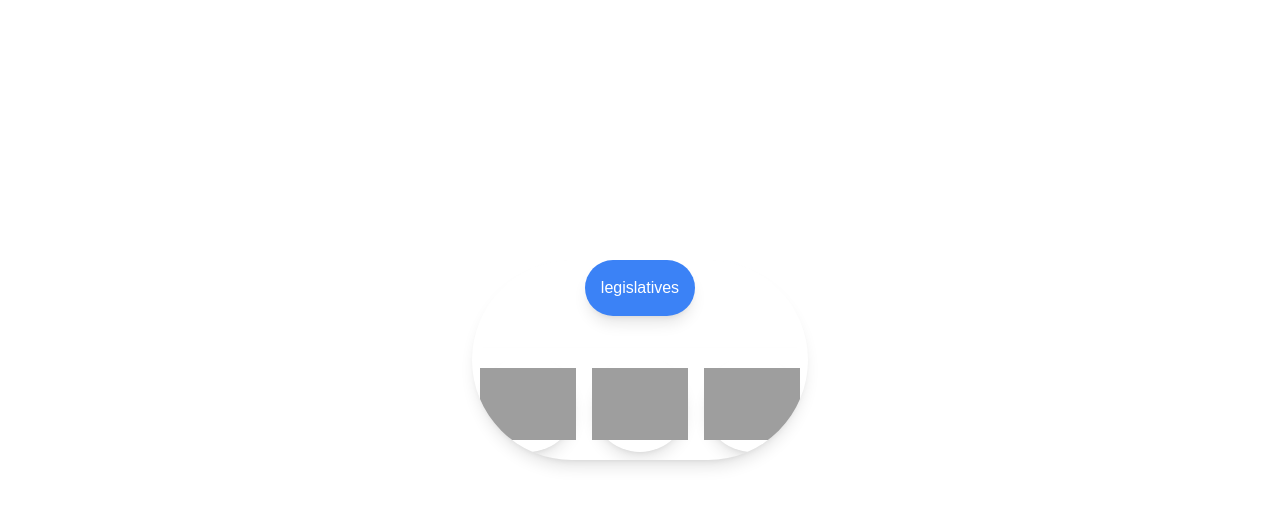
Repository: MDiouf9/legislatives
Page: /
The author's editor kept a copy of each file at every save. The page is drawn from the files as they stood at one save, then again after a run of saves.
The browser window is 1280 px wide. The pictures show the whole page.
Pictures or frames that could not be fetched are drawn as grey boxes. The project was rebuilt for these pictures with package versions that can differ from the ones it lists, and the page was loaded fresh each time. The framework's server and built-in components were replaced by stand-ins that run in the browser. Also part of the build but not shown: next.config.ts.

Above is the page before, as saved 2024-10-31 18:25:35.

### src/app/layout.tsx
import type { Metadata } from "next";
import localFont from "next/font/local";
import "./globals.css";


const geistSans = localFont({
  src: "./fonts/GeistVF.woff",
  variable: "--font-geist-sans",
  weight: "100 900",
});
const geistMono = localFont({
  src: "./fonts/GeistMonoVF.woff",
  variable: "--font-geist-mono",
  weight: "100 900",
});

export const metadata: Metadata = {
  title: "Legislatives 2024",
  description: " Pour mettre en avant les legislatives ",
};

export default function RootLayout({
  children,
}: Readonly<{
  children: React.ReactNode;
}>) {
  return (
    <html lang="en">
      <body
        className={`${geistSans.variable} ${geistMono.variable} antialiased`}
      >
        {children}
      </body>
    </html>
  );
}

### src/app/page.tsx
"use client"

import { Boutton } from "./Composants/Boutton"

export default function Page() {
  return (


  <div className="flex justify-center items-center min-h-screen">
   <div className="max-w-md ">
   {/* <button
  type="button"
  className="text-white bg-gradient-to-r from-green-600 via-yellow-500 to-red-600 hover:bg-gradient-to-br focus:ring-4 focus:outline-none focus:ring-yellow-300 dark:focus:ring-yellow-800 shadow-lg shadow-yellow-500/50 dark:shadow-lg dark:shadow-yellow-800/80 font-medium rounded-lg text-sm px-5 py-2.5 text-center me-2 mb-2"
>
  Legislatives

</button> */}
<Boutton/>
   </div>

  </div>
   )
}

### src/app/globals.css
@tailwind base;
@tailwind components;
@tailwind utilities;

/* :root {
  --background: #ffffff;
  --foreground: #171717;
}

@media (prefers-color-scheme: dark) {
  :root {
    --background: #0a0a0a;
    --foreground: #ededed;
  }
} */

body {
  /* color: var(--foreground);
  background: var(--background); */
  font-family: Arial, Helvetica, sans-serif;
}

### src/app/Composants/Boutton.tsx
"use client "
import React from 'react'
import {motion } from 'framer-motion'
import { useState } from 'react'



interface logo {
id : number,
src:string,
photo: string,


};
 const logos : logo [] = [
        {id: 1, src: '/path/to/logo1.png', photo: '/path/to/photo1.jpg'},
        {id: 2, src: '/path/to/logo1.png', photo: '/path/to/photo1.jpg'},
        {id: 3, src: '/path/to/logo1.png', photo: '/path/to/photo1.jpg'}
         ];
export const Boutton = () => {

    const [selectPhoto , setSelectPhoto] = useState<string | null>(null);
    const [ isRevelead , setIsRevelead] = useState (false);
    const containerVariants = {
      initial : {
          width: '200px',
          BorderRadius: '9999px'
      },

    revelead : {
      width : '100%',
      borderRadius: '16px',
      transition: { duration: 0.5, ease: "easeInOut" }
    }
   } ;

  const logoVariants = {
    initial: {
      opacity: 0,
      x: -20,
      display: 'none'
    },
    revealed: {
      opacity: 1,
      x: 0,
      display: 'flex',
      transition: {
        duration: 0.3,
        delay: 0.3
      }
    }
  };
  const ToggleRevelead =  () => {
    setIsRevelead(!isRevelead)
  };
  return (
   <motion.div className=' bg-white shadow-lg rounded-full overflow-hidden'
   initial= "initial"
   animate={isRevelead ? 'revelead' : 'initial'}


   >
    <div className='flex flex-col items-center space-y-8'>
        <motion.button   className="p-4 bg-blue-500 text-white rounded-full shadow-lg"
       whileHover= {{ rotate : 360}}
       transition={{duration :0.5}}
>
  legislatives
        </motion.button>

 <div className=' flex space-x-4 overflow-x-scroll shadow-lg p-2 cursor-pointer'>
   {logos.map((logo)=> (
    <motion.div
    key={logo.id}
    className=' w-24 h-24 rounded-full shadow-lg  py-2 cursor pointer'
    whileHover={{scale:1.1}}
    onHoverStart={() => setSelectPhoto(logo.photo)}
    onHoverEnd={() => setSelectPhoto(null)}
    >
      <img src={logo.src} alt={`logo ${logo.id} `} className='w-full h-full object-contain' />

    </motion.div>
   ))



   }

 </div>
 { selectPhoto &&  (
<motion.div
className=' w-64 h-64 rounded-lg overflow-hidden shadow-lg '
initial={{opacity:0, y:10}}
animate ={{opacity:1, y:0}}
transition={{duration:0.3}}
>
<img src={selectPhoto} alt="photo selectionner" className='w-full h-full object-cover' />
</motion.div>

  )}
    </div>
    </motion.div>
  );
   };

Loaded but not shown: tailwind.config.ts (common file)

After the next 4 saves:
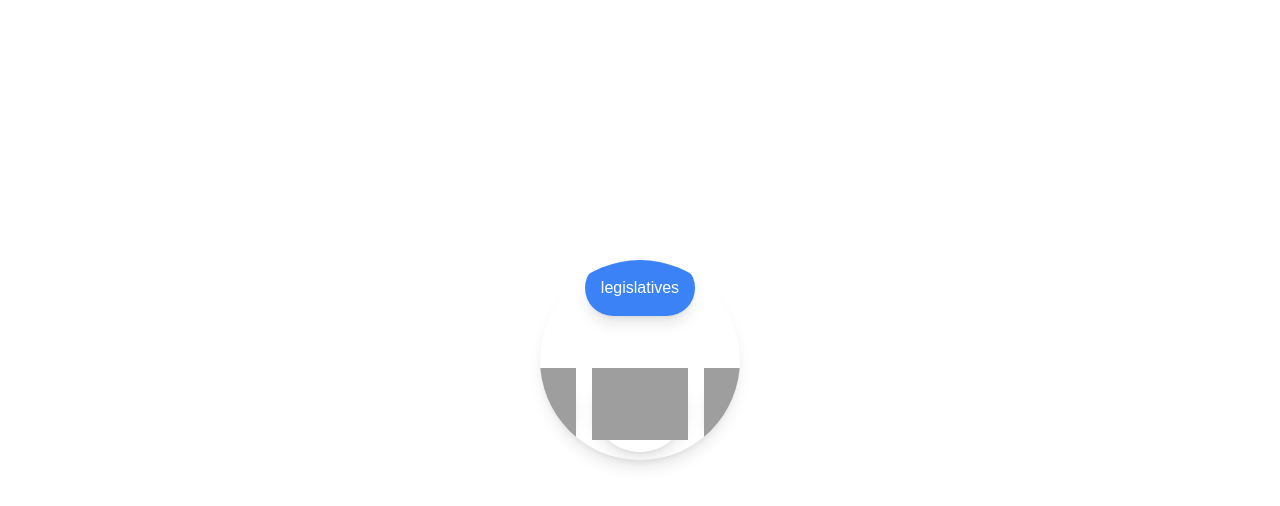
The 4 saves are shown as one change because 1 did not build or start and some came seconds apart.
The last was saved 20 s later.
--- a/src/app/Composants/Boutton.tsx
+++ b/src/app/Composants/Boutton.tsx
@@ -57,6 +57,7 @@ export const Boutton = () => {
    <motion.div className=' bg-white shadow-lg rounded-full overflow-hidden'
    initial= "initial"
    animate={isRevelead ? 'revelead' : 'initial'}
+   variants={containerVariants}
 
 
    >
